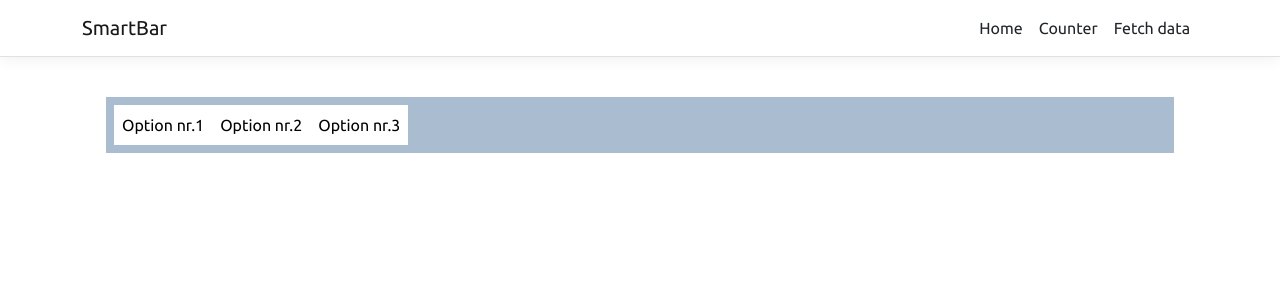
Repository: dropauteriai/SmartBarFrontEnd
Page: /
An editor plug-in stored every save of this project. The page is shown before and after a run of saves, followed by the edit.
The browser window is 1280 px wide. The pictures show the whole page.
The page's requests for data from a server got no answer. The project was rebuilt for these pictures with package versions that can differ from the ones it lists, and the page was loaded fresh each time. No one was signed in, and anything a server would have sent is missing. Also part of the build but not shown: src/components/Counter.js, src/components/FetchData.js, src/components/Card.js, src/components/SideBar.js.

Above is the page before, as saved 2023-02-14 05:52:21.

### public/index.html
<!DOCTYPE html>
<html lang="en">
  <head>
    <meta charset="utf-8" />
    <meta
      name="viewport"
      content="width=device-width, initial-scale=1, shrink-to-fit=no"
    />
    <meta name="theme-color" content="#000000" />
    <base href="%PUBLIC_URL%/" />
    <!--
      manifest.json provides metadata used when your web app is added to the
      homescreen on Android. See https://developers.google.com/web/fundamentals/engage-and-retain/web-app-manifest/
    -->
    <link rel="manifest" href="%PUBLIC_URL%/manifest.json" />
    <link rel="shortcut icon" href="%PUBLIC_URL%/favicon.ico" />
    <link
      href="https://fonts.googleapis.com/css2?family=Ubuntu:ital,wght@0,300;0,400;0,500;0,700;1,300;1,400;1,500;1,700&display=swap"
      rel="stylesheet"
    />

    <!--
      Notice the use of %PUBLIC_URL% in the tags above.
      It will be replaced with the URL of the `public` folder during the build.
      Only files inside the `public` folder can be referenced from the HTML.

      Unlike "/favicon.ico" or "favicon.ico", "%PUBLIC_URL%/favicon.ico" will
      work correctly both with client-side routing and a non-root public URL.
      Learn how to configure a non-root public URL by running `npm run build`.
    -->
    <link
      rel="stylesheet"
      href="https://cdnjs.cloudflare.com/ajax/libs/font-awesome/6.2.1/css/all.min.css"
      integrity="sha512-MV7K8+y+gLIBoVD59lQIYicR65iaqukzvf/nwasF0nqhPay5w/9lJmVM2hMDcnK1OnMGCdVK+iQrJ7lzPJQd1w=="
      crossorigin="anonymous"
      referrerpolicy="no-referrer"
    />
    <title>SmartBar</title>
  </head>
  <body>
    <noscript> You need to enable JavaScript to run this app. </noscript>
    <div id="root"></div>
    <!--
      This HTML file is a template.
      If you open it directly in the browser, you will see an empty page.

      You can add webfonts, meta tags, or analytics to this file.
      The build step will place the bundled scripts into the <body> tag.

      To begin the development, run `npm start` or `yarn start`.
      To create a production bundle, use `npm run build` or `yarn build`.
    -->
  </body>
</html>

### src/index.js
import 'bootstrap/dist/css/bootstrap.css';
import React from 'react';
import { createRoot } from 'react-dom/client';
import { BrowserRouter } from 'react-router-dom';
import App from './App';
//import * as serviceWorkerRegistration from './serviceWorkerRegistration';
import reportWebVitals from './reportWebVitals';

const baseUrl = document.getElementsByTagName('base')[0].getAttribute('href');
const rootElement = document.getElementById('root');
const root = createRoot(rootElement);

root.render(
  <BrowserRouter basename={baseUrl}>
    <App />
  </BrowserRouter>);

// If you want your app to work offline and load faster, you can change
// unregister() to register() below. Note this comes with some pitfalls.
// Learn more about service workers: https://cra.link/PWA
//serviceWorkerRegistration.unregister();

// If you want to start measuring performance in your app, pass a function
// to log results (for example: reportWebVitals(console.log))
// or send to an analytics endpoint. Learn more: https://bit.ly/CRA-vitals
reportWebVitals();

### src/App.js
import React, { Component } from 'react';
import { Route, Routes } from 'react-router-dom';
import AppRoutes from './AppRoutes';
import { Layout } from './components/Layout';
import './custom.css';
import './css/bootstrap.css';

export default class App extends Component {
  static displayName = App.name;

  render() {
    return (
      <Layout>
        <Routes>
          {AppRoutes.map((route, index) => {
            const { element, ...rest } = route;
            return <Route key={index} {...rest} element={element} />;
          })}
        </Routes>
      </Layout>
    );
  }
}

### src/custom.css
/* Provide sufficient contrast against white background */
* {
  font-family: "Ubuntu", sans-serif;
}

### src/components/Home.js
import React, { Component } from "react";
import { Container, Col } from "react-bootstrap";
import Card from "./Card.js";
import SideBar from "./SideBar.js";
import Row from "react-bootstrap/Row";
import Popup from "./Popup.js";

export class Home extends Component {
  static displayName = Home.name;

  constructor(props) {
    super(props);
    this.state = { tables: [], loading: true };
  }

  componentDidMount() {
    this.populateTableData();
  }

  static renderTableList(tables) {
    return (
      <Row xs={1} md={2}>
        {tables.map((table, index, tables) => {
          <Card name={table.name} id={table.id} />;
        })}
      </Row>
    );
  }
  render() {
    // let contents = this.state.loading ? (
    //   <p>
    //     <em>Loading...</em>
    //   </p>
    // ) : (
    //   (contents = this.renderTableList(this.state.tables))
    // );
    let contents;
    if (this.state.loading) {
      contents = (
        <p>
          <em>Loading...</em>
        </p>
      );
    } else {
      contents = Home.renderTableList(this.state.tables);
      console.log(contents);
    }

    return (
      <div className="row p-4">
        {this.state.tables.map((table, index) => (
          <Card name={table.name} />
        ))}
        <Popup/>
      </div>
    );
  }

  async populateTableData() {
    const response = await fetch("https://localhost:5001/Table");
    const data = await response.json();
    this.setState({ tables: data, loading: false });
  }
}

### src/components/NavMenu.js
import React, { Component } from 'react';
import { Collapse, Navbar, NavbarBrand, NavbarToggler, NavItem, NavLink } from 'reactstrap';
import { Link } from 'react-router-dom';
import './NavMenu.css';

export class NavMenu extends Component {
  static displayName = NavMenu.name;

  constructor (props) {
    super(props);

    this.toggleNavbar = this.toggleNavbar.bind(this);
    this.state = {
      collapsed: true
    };
  }

  toggleNavbar () {
    this.setState({
      collapsed: !this.state.collapsed
    });
  }

  render() {
    return (
      <header>
        <Navbar className="navbar-expand-sm navbar-toggleable-sm ng-white border-bottom box-shadow mb-3" container light>
          <NavbarBrand tag={Link} to="/">SmartBar</NavbarBrand>
          <NavbarToggler onClick={this.toggleNavbar} className="mr-2" />
          <Collapse className="d-sm-inline-flex flex-sm-row-reverse" isOpen={!this.state.collapsed} navbar>
            <ul className="navbar-nav flex-grow">
              <NavItem>
                <NavLink tag={Link} className="text-dark" to="/">Home</NavLink>
              </NavItem>
              <NavItem>
                <NavLink tag={Link} className="text-dark" to="/counter">Counter</NavLink>
              </NavItem>
              <NavItem>
                <NavLink tag={Link} className="text-dark" to="/fetch-data">Fetch data</NavLink>
              </NavItem>
            </ul>
          </Collapse>
        </Navbar>
      </header>
    );
  }
}

### src/components/Popup.js
import React from 'react';

export default function Popup () {
    return (
        <div>
        <div className="p-2 align-items-center justify-content-center bg-primary">
            <button className="p-2 border-0 align-items-center justify-content-center bg-white">Option nr.1</button>
            <button className="p-2 border-0 align-items-center justify-content-center bg-white">Option nr.2</button>
            <button className="p-2 border-0 align-items-center justify-content-center bg-white">Option nr.3</button>
        </div>
        </div>
    );
}

Loaded but not shown: src/reportWebVitals.js (common file); src/AppRoutes.js (common file); src/components/Layout.js (common file); src/css/bootstrap.css (library); src/components/NavMenu.css (common file)

After the next 2 saves:
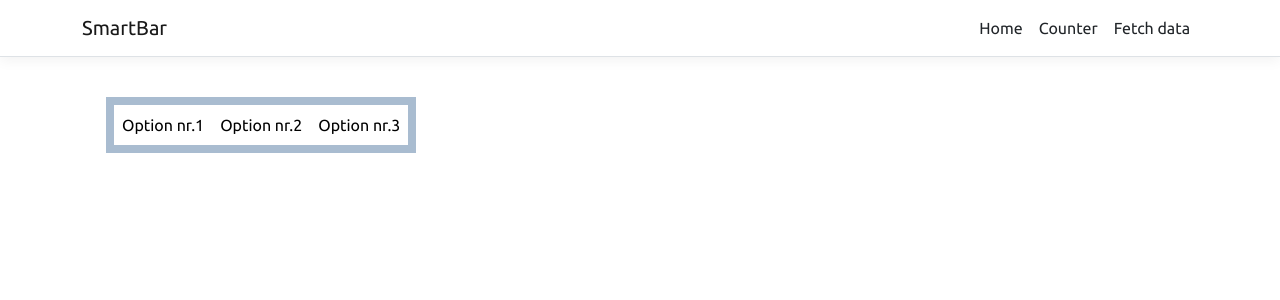
The 2 saves are shown as one change because 1 did not build or start.
The last was saved 10 s later.
--- a/src/components/Popup.js
+++ b/src/components/Popup.js
@@ -2,7 +2,7 @@ import React from 'react';
 
 export default function Popup () {
     return (
-        <div>
+        <div className="d-inline-flex">
         <div className="p-2 align-items-center justify-content-center bg-primary">
             <button className="p-2 border-0 align-items-center justify-content-center bg-white">Option nr.1</button>
             <button className="p-2 border-0 align-items-center justify-content-center bg-white">Option nr.2</button>
